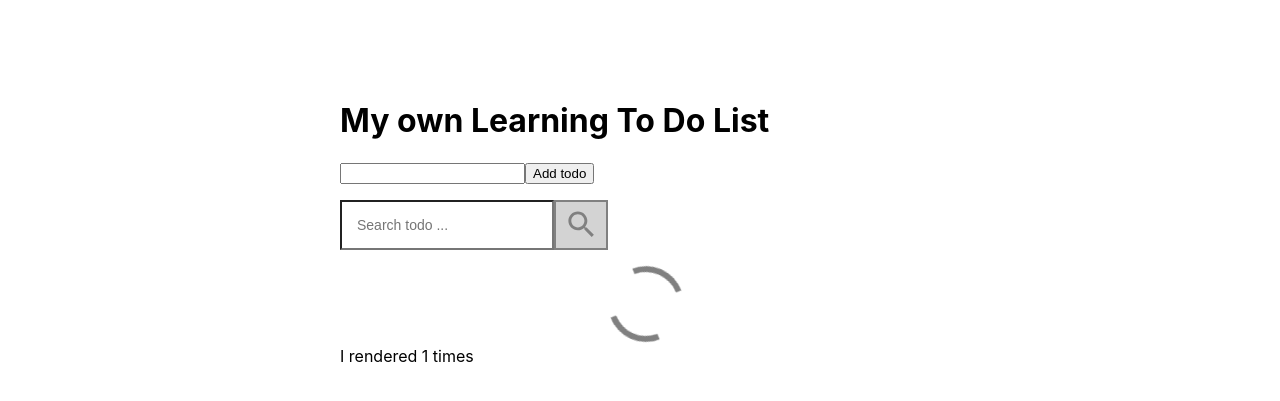
Repository: ArusyakAghajanyan/To-Do
Page: /
An editor plug-in stored every save of this project. The page is shown before and after the next save, followed by the edit.
The browser window is 1280 px wide. The pictures show the whole page.
The page's requests for data from a server got no answer. The project was rebuilt for these pictures with package versions that can differ from the ones it lists, and the page was loaded fresh each time. No one was signed in, and anything a server would have sent is missing. Also part of the build but not shown: src/Todo/TodoItem.js, src/Todo/TodoList.js.

Above is the page before, as saved 2022-03-16 16:27:30.

### src/index.css
body {
  margin: 0;
  font-family: -apple-system, BlinkMacSystemFont, 'Segoe UI', 'Roboto', 'Oxygen',
    'Ubuntu', 'Cantarell', 'Fira Sans', 'Droid Sans', 'Helvetica Neue',
    sans-serif;
  -webkit-font-smoothing: antialiased;
  -moz-osx-font-smoothing: grayscale;
}

code {
  font-family: source-code-pro, Menlo, Monaco, Consolas, 'Courier New',
    monospace;
}
.wrapper {
  padding-top: 5rem;
  margin: 0 auto;
  width: 600px;
}
.rm {
  background: gray;
  border-radius: 50%;
  color:#fff;
  border: none;
}

.done {
  text-decoration: line-through;
}

.lds-dual-ring {
  display: inline-block;
  width: 80px;
  height: 80px;
}

.lds-dual-ring:after {
  content: " ";
  display: block;
  width: 64px;
  height: 64px;
  margin: 8px;
  border-radius: 50%;
  border: 6px solid gray;
  border-color: gray transparent gray transparent;
  animation: lds-dual-ring 1.2s linear infinite;
}
@keyframes lds-dual-ring {
  0% {
    transform: rotate(0deg);
  }
  100% {
    transform: rotate(360deg);
  }
}

### src/App.js
import React, { useEffect, useRef, useState } from 'react'
import TodoList from './Todo/TodoList'
import Context from './context'
import Loader from './Loader'
import SearchBar from './Search/SearchBar'

const AddTodo = React.lazy(
  () =>
  new Promise(resolve => {
    setTimeout(() => {
      resolve(import('./Todo/AddTodo'))
    }, 3000)
  })
  )

function App() {
  const [todos, setTodos] = useState([])
    // { id: 1, completed: false, title: 'Learn HTML, CSS'},
    // { id: 2, completed: true, title: 'Learn Js'},
    // { id: 3, completed: false, title: 'Learn React'},
    // { id: 4, completed: false, title: 'Learn Java'}
  const [loading, setLoading] = useState(true)
  const renderCount = useRef(0)
  const[data,setData] = useState([])

  useEffect(() => {
    renderCount.current = renderCount.current + 1
  })


useEffect(() => {
  fetch('https://jsonplaceholder.typicode.com/todos?_limit=5')
    .then(response => response.json())
    .then(todos => {
      setTimeout(() => {
        setTodos(todos)
        setLoading(false)
      }, 2000)
    })
}, [])

  function toggleTodo(id){
    setTodos(
    todos.map(todo => {
    if (todo.id === id) {
      todo.completed = !todo.completed
    }
    return todo
    })
    )
  }

  function removeTodo(id){
   setTodos(todos.filter(todo => todo.id !== id))
  }

  function addTodo(title) {
    setTodos(todos.concat([{
      title,
      id: Date.now(),
      completed: false
    }]))
  }
  function searchResult(data){
    console.log("data=", data)
    setData(data)
  }
  return (
    <Context.Provider value={{ removeTodo }}>
    <div className='wrapper'>
      <h1>My own Learning To Do List</h1>
      <React.Suspense fallback={<p>Loading...</p>}>

      <AddTodo onCreate={addTodo} />
      <SearchBar placeholder="Search todo ..." data={todos}  filterData={searchResult} />
      </React.Suspense>
      {loading && <Loader />}
      {todos.length ? (
      <TodoList todos={data.length > 0 ? data : todos} onToggle={toggleTodo} />
      ) : loading ? null : (
        <p>No todos!</p>
       )}
       <div> I rendered {renderCount.current} times </div>
       <div >

    </div>

    </div>
    </Context.Provider>

  )
}

export default App

### src/Loader.js
import React from 'react'

export default () => <div style={{display: 'flex', justifyContent: 'center', margin: '.5rem' }}>
    <div className="lds-dual-ring" /></div>

### src/Search/SearchBar.js
import React, { useState, useEffect } from "react";
import "./SearchBar.css";
import SearchIcon from '@mui/icons-material/Search';
import CloseIcon from '@mui/icons-material/Close';

function SearchBar({ placeholder, data, filterData }) {
  const [filteredData, setFilteredData] = useState([]);
  const [wordEntered, setWordEntered] = useState("");

  const handleFilter = (event) => {
    const searchWord = event.target.value;
    setWordEntered(searchWord);
    const newFilter = data.filter((value) => {
      return value.title.toLowerCase().includes(searchWord.toLowerCase());
    });

    if (searchWord === "") {
      setFilteredData([]);
    } else {
      setFilteredData(newFilter);
    }
  };

  const clearInput = () => {
    setFilteredData([]);
    setWordEntered("");
  };

 useEffect(() => {
  filterData(filteredData)

 }, [filteredData])


  return (
    <div className="search">
      <div className="searchInputs">
        <input
          type="text"
          placeholder={placeholder}
          value={wordEntered}
          onChange={handleFilter}

        />
        <div className="searchIcon">
          {filteredData.length === 0 ? (
            <SearchIcon />
          ) : (
            <CloseIcon id="clearBtn" onClick={clearInput} />
          )}
        </div>
      </div>

    </div>
  );

}

export default SearchBar;

### src/Todo/AddTodo.js
import React, { useState } from "react";
import PropTypes from "prop-types";

function useInputValue(defaultValue = " ") {
  const [value, setValue] = useState(defaultValue);
  return {
    bind: {
      value,
      onChange: (event) => setValue(event.target.value),
    },
    clear: () => setValue(""),
    value: () => value,
  };
}

function AddTodo({ onCreate }) {
  const input = useInputValue(" ");

  function submitHandler(event) {
    event.preventDefault();

    if (input.value().trim()) {
      onCreate(input.value());
      input.clear();
    }
  }

  return (
    <form style={{ marginBottom: "1rem" }} onSubmit={submitHandler}>
      <input {...input.bind} />
      <button type="submit">Add todo</button>
    </form>
  );
}

AddTodo.propTypes = {
  onCreate: PropTypes.func.isRequired,
};

export default AddTodo;

### src/Search/SearchBar.css
.searchInputs {
    margin-top: 0px;
    display: flex;
  }

  .search input{
    background-color: white;
    border-top-right-radius: 0px;
    border-bottom-right-radius: 0px;
    font-size: 14px;
    padding: 15px;
    width: 180px;
    color: black;
  }

  .searchIcon {
    background-color: lightgray;
    border: 2px solid gray;
    width: 50px;
    background-color: #;
    display: grid;
    place-items: center;
    color: gray;
  }

  input:focus {
    outline: none;
  }
  .searchIcon svg {
    font-size: 35px;
  }


  #clearBtn {
    cursor: pointer;
  }

Loaded but not shown: public/index.html (common file); src/index.js (common file); src/reportWebVitals.js (common file); src/context.js (common file)

After the next save:
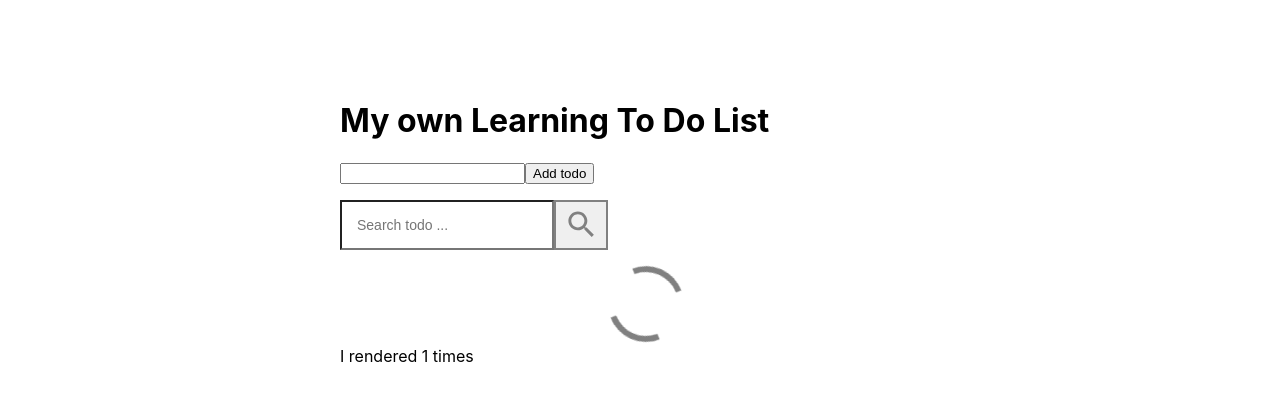
Saved 5 s later.
--- a/src/Search/SearchBar.css
+++ b/src/Search/SearchBar.css
@@ -17,7 +17,7 @@
     background-color: lightgray;
     border: 2px solid gray;
     width: 50px;
-    background-color: #;
+    background-color: #EFEFEF;
     display: grid;
     place-items: center;
     color: gray;
